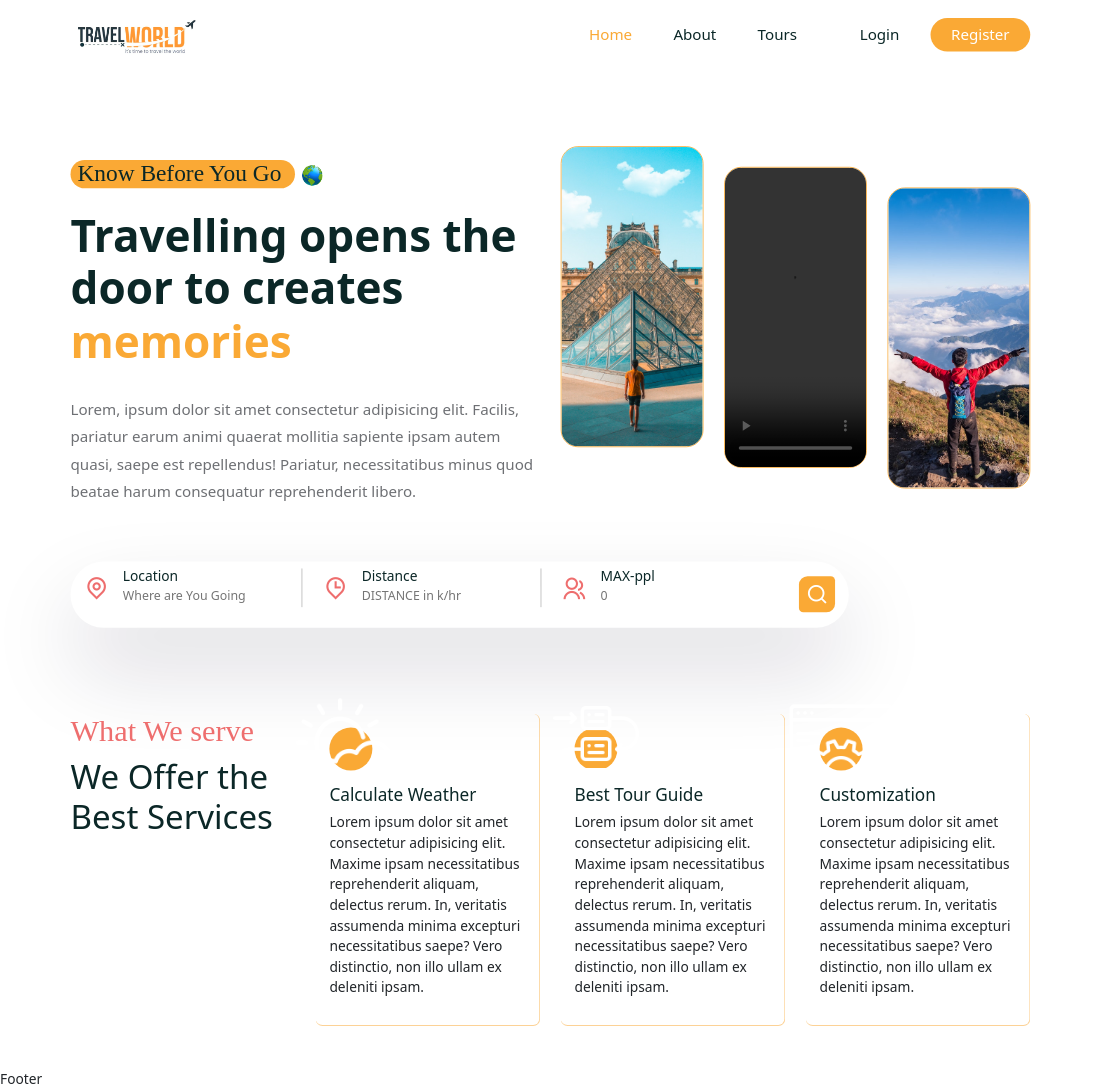
Repository: remydev47/travell-agency
Page: /
The author's editor kept a copy of each file at every save. The page is drawn from the files as they stood at one save, then again after the next save.
The browser window is 1280 px wide. The pictures show the whole page, at 86% of full size.
Pictures or frames that could not be fetched are drawn as grey boxes. Some web fonts or font styles are not loaded; a fallback is used. The project was rebuilt for these pictures with package versions that can differ from the ones it lists, and the page was loaded fresh each time. Also part of the build but not shown: vite.config.js, src/pages/Login.jsx, src/pages/TourDetails.jsx, src/pages/Tours.jsx, src/pages/SearchResultList.jsx, src/pages/Register.jsx. Imported but missing from the stored project, and not drawn on this page: src/assets/images/hero-video.mp4.

Above is the page before, as saved 2023-02-02 11:59:40.

### src/main.jsx
import React from 'react'
import ReactDOM from 'react-dom/client'
import App from './App'
import "bootstrap/dist/css/bootstrap.min.css";
import "remixicon/fonts/remixicon.css";
import "slick-carousel/slick/slick.css";
import "slick-carousel/slick/slick-theme.css";
import { BrowserRouter } from 'react-router-dom';

ReactDOM.createRoot(document.getElementById('root')).render(
  <React.StrictMode>
    <BrowserRouter>
      <App />
    </BrowserRouter>
  </React.StrictMode>,
)

### src/App.jsx
import { useState } from 'react'
import './App.css'
import Layout from './components/Layout/Layout'

function App() {
  return (
    <>
      <Layout />
    </>
  )
}

export default App

### src/components/Layout/Layout.jsx
import React from 'react';
import Header from '../Header/Header';
import Footer from '../Footer/Footer';
import Routers from '../../router/Routers';

const Layout = () => {
  return (
   <>
     <Header />
     <Routers />
     <Footer />
   </>
  )
}

export default Layout

### src/components/Header/Header.jsx
import React from 'react';
import { Container, Row, Button } from 'reactstrap';
import { NavLink, Link  } from 'react-router-dom';
import logo from "../../assets/images/logo.png";
import './header.css';

const nav__links=[
  {
    path:'/home',
    display: 'Home'
  },
  {
    path:'/about',
    display: 'About'
  },
  {
    path:'/tours',
    display: 'Tours'
  },
]

const Header = () => {
  return (
    <header className="header">
      <Container>
        <Row>
          <div className="nav__wrapper d-flex align-items-center
           justify-content-between ">
            {/* Logo start */}
            <div className="logo">
              <img src={logo} />
            </div>
            {/* Logo ends */}

            {/* menu starts */}
            <div className="navigation">
              <ul className="menu d-flex align-items-center gap-5">
                {nav__links.map((item, index) => (
                  <li className="nav__item" key={index}>
                    <NavLink
                     to={item.path}
                     className={navClass=> navClass.isActive ? 'active__link' : ''}
                     >
                      {item.display}
                    </NavLink>
                  </li>
                ))}
              </ul>
            </div>
            {/* menu ends */}

            <div className="nav__right d-flex align-items-center gap-4">
              <div className="nav__btns d-flex align-items-center gap-4">
                <Button className='btn secondary__btn '>
                  <Link to="/login">Login</Link>
                </Button>

                <Button className='btn primary__btn '>
                  <Link to="/register">Register</Link>
                </Button>
              </div>
            </div>

          </div>
        </Row>
      </Container>
    </header>
  )
}

export default Header

### src/router/Routers.js
import React from 'react';
import { Routes, Route, Navigate } from 'react-router-dom';

import { SearchResultList, Tours, TourDetails, Login, Register, Home } from '../pages';

const Routers = () => {
  return (
    <Routes>
        <Route path="/" element={<Navigate to='/home' />} />
        <Route path="/home" element={<Home />} />
        <Route path="/tours" element={<Tours />} />
        <Route path="/tours:id" element={<TourDetails />} />
        <Route path="/login" element={<Login />} />
        <Route path="/register" element={<Register />} />
        <Route path="/tours/search" element={<SearchResultList />} />
    </Routes>
  )
}

export default Routers

### src/components/Header/header.css
.header{
    width: 100%;
    height: 80px;
    line-height: 80px;
}

.logo img{
    width: 30%;
}

.menu{
    margin-bottom: 0;
}

.nav__item a{
    text-decoration: none;
    color: var(--heading-color);
    font-weight: 500;
    font-size: 1.1rem;
}

.nav__item a:hover{
    color: inherit;
}

.nav__item a.active__link{
    color: var(--secondary-color);
}

.mobile__menu{
    font-size: 1.3rem;
    color: var(--heading-color);
    display: none;
}

.stick__header{
    width: 100%;
    height: 80px;
    line-height: 80px;
    background: #fff;
    position: sticky;
    top: 0;
    left: 0;
    box-shadow: 3ps 3px 8px #ddd;
    z-index: 999;
}

### src/pages/index.js
import Home from "./Home"
import Login from "./Login";
import TourDetails from "./TourDetails";
import Tours from "./Tours";
import SearchResultList from "./SearchResultList";
import Register from "./Register";

export {
    Home, Tours, TourDetails, Login, SearchResultList, Register
}

### src/pages/Home.jsx
import React from 'react';
import '../styles/home.css';
import  { Container, Row, Col } from 'reactstrap';
import heroImg from '../assets/images/hero-img01.jpg';
import heroImg02 from '../assets/images/hero-img02.jpg';
import heroVideo from '../assets/images/hero-video.mp4';
import worldImg from '../assets/images/world.png'
import Subtitle from '../shared/Subtitle';
import SearchBar from '../shared/SearchBar';
import ServiceList from '../services/ServiceList';

const Home = () => {
  return (
    <>
     <section>
      <Container>
        <Row>
          <Col lg="6">
            <div className='hero__content'>
              <div className="hero__subtitle d-flex align-items-center">
                <Subtitle subtitle={'Know Before You Go'}/>
                <img src={worldImg} alt=''/>
              </div>
              <h1>Travelling opens the door to creates <span className="highlight">memories</span> </h1>
              <p className="">Lorem, ipsum dolor sit amet consectetur adipisicing elit. Facilis, pariatur earum animi quaerat mollitia sapiente ipsam autem quasi, saepe est repellendus! Pariatur, necessitatibus minus quod beatae harum consequatur reprehenderit libero.</p>
            </div>
          </Col>

          <Col lg='2'>
            <div className="hero__img-box">
              <img src={heroImg} alt=''/>
            </div>
          </Col>

          <Col lg='2'>
            <div className="hero__img-box mt-4">
              <video src={heroVideo} alt='' controls/>
            </div>
          </Col>

          <Col lg='2'>
            <div className="hero__img-box mt-5">
              <img src={heroImg02} alt=''/>
            </div>
          </Col>

          <SearchBar />
        </Row>
      </Container>
     </section>
     <section>
      <Container>
        <Row>
          <Col lg="3">
            <h5 className="services__subtitle">What We serve</h5>
            <h2 className='services__title'>We Offer the Best Services</h2>
          </Col>
          <ServiceList />
        </Row>
      </Container>

     </section>
    </>
  )
}

export default Home

### src/styles/home.css
.hero__subtitle img{
    width: 2.5rem;
    height: 2.5rem;
}

.hero__content h1{
    font-size: 3.2rem;
    font-weight: 600;
    margin-top: 1rem;
    margin-bottom: 2rem;
    color: var(--heading-color);
}

.hero__content h1 .highlight{
    color: var(--secondary-color);
}

.hero__content p{
    font-size: 1.1rem;
    color: var(--text-color);
    line-height: 2rem;
}

.hero__img-box img,
.hero__img-box video {
    width: 100%;
    height: 350px;
    border-radius: 20px;
    border: 1px solid var(--secondary-color);
    object-fit: cover;
}

.hero__content{
    padding-top: 3.5rem;
}

.hero__img-box{
    padding-top: 2.5rem;
}

.services__subtitle{
    font-size: 2.2rem;
    font-weight: 500;
    color: #ee6e6e;
    font-family: var(--subtitle-font-name);
}

.services__title{
    font-size: 2.4rem;
    font-weight: 500;
}

### src/shared/Subtitle.jsx
import React from 'react'

const Subtitle = ({ subtitle }) => {
  return (
    <h3 className='section__subtitle'>{subtitle}</h3>
  )
}

export default Subtitle

### src/shared/SearchBar.jsx
import React, { useRef } from 'react'
import './search-bar.css'
import { Col, Form, FormGroup } from 'reactstrap'

const SearchBar = () => {
    const locationRef = useRef('');
    const distanceRef = useRef(0);
    const maxGroupSizeRef = useRef(0);

    const searchHandler = () =>{
        const location = locationRef.current.value
        const distance = distanceRef.current.value
        const maxGroupSize = maxGroupSizeRef.current.value

        if (location === "" || distance === "" || maxGroupSize === "") {
            return alert('All fields are required')
        }
    }


  return (
    <Col lg='12'>
        <div className="search__bar">
            <Form className='d-flex align-items-center gap-4'>
                <FormGroup className='d-flex gap-3 form__group form__group-fast'>
                    <span><i class="ri-map-pin-line"></i></span>
                    <div>
                        <h6>Location</h6>
                        <input type="text" placeholder="Where are You Going" ref={locationRef}/>
                    </div>
                </FormGroup>

                <FormGroup className='d-flex gap-3 form__group form__group-fast'>
                    <span><i class="ri-map-pin-time-line"></i></span>
                    <div>
                        <h6>Distance</h6>
                        <input type="number" placeholder="DISTANCE in k/hr" ref={distanceRef}/>
                    </div>
                </FormGroup>

                <FormGroup className='d-flex gap-3 form__group form__group-last'>
                    <span><i class="ri-group-line"></i></span>
                    <div>
                        <h6>MAX-ppl</h6>
                        <input type="number" placeholder="0" ref={maxGroupSizeRef}/>
                    </div>
                </FormGroup>

                <span className="search__icon" type="submit" onClick={searchHandler}>
                    <i class='ri-search-line'></i>
                </span>
            </Form>
        </div>
    </Col>
  )
}

export default SearchBar

### src/services/ServiceList.jsx
import React from 'react'
import ServiceCard from './ServiceCard';
import { Col } from 'reactstrap';

import weatherImg from '../assets/images/weather.png'
import guideImg from '../assets/images/guide.png';
import customizationImg from '../assets/images/customization.png';

const servicesData = [
    {
        imgUrl: weatherImg,
        title: "Calculate Weather",
        desc: "Lorem ipsum dolor sit amet consectetur adipisicing elit. Maxime ipsam necessitatibus reprehenderit aliquam, delectus rerum. In, veritatis assumenda minima excepturi necessitatibus saepe? Vero distinctio, non illo ullam ex deleniti ipsam."
    },
    {
        imgUrl: guideImg,
        title: "Best Tour Guide",
        desc: "Lorem ipsum dolor sit amet consectetur adipisicing elit. Maxime ipsam necessitatibus reprehenderit aliquam, delectus rerum. In, veritatis assumenda minima excepturi necessitatibus saepe? Vero distinctio, non illo ullam ex deleniti ipsam."
    },
    {
        imgUrl: customizationImg,
        title: "Customization",
        desc: "Lorem ipsum dolor sit amet consectetur adipisicing elit. Maxime ipsam necessitatibus reprehenderit aliquam, delectus rerum. In, veritatis assumenda minima excepturi necessitatibus saepe? Vero distinctio, non illo ullam ex deleniti ipsam."
    },
]

const ServiceList = () => {
  return (
    <>
     {servicesData.map((item, index) => (
        <Col className='' lg='3' key={index} >
         <ServiceCard item={item}/>
        </Col>
     ))}
    </>
  )
}

export default ServiceList

### src/shared/search-bar.css
.search__bar{
    padding: 0.5rem 1rem;
    border-radius: 50px;
    box-shadow: rgba(17, 12, 46, 0.15) 0px 48px 100px 0px;
    width: max-content;
    margin-top: 50px;
}

.form__group span{
    font-size: 1.8rem;
    color:#ee6e6e ;
}

.form__group input {
    border: none;
    font-size: 0.9rem;
    color: var(--heading-color);
}

.form__group input:focus{
    outline: none;
}

.form__group h6{
    margin-bottom: 0;
}

.form__group-fast{
    border-right: 2px solid #ddd;
}

.search__icon i{
    font-size: 1.6rem;
    padding: 0.5rem;
    background: var(--secondary-color);
    color: #fff;
    border-radius: 10px 5px  10px 5px;
    cursor: pointer;
}

### src/services/ServiceCard.jsx
import React from 'react'
import './service-card.css'

const ServiceCard = ({ item }) => {
    const { imgUrl, title, desc } = item

  return (
    <div className='service__item'>
        <div className='service__img'>
            <img src={imgUrl} alt="" />
        </div>
        <h5>{title}</h5>
        <p>{desc}</p>
    </div>
  )
}

export default ServiceCard

### src/services/service-card.css
.service__item{
    padding: 1rem;
    border-bottom: 1px solid #faa83586;
    border-right: 1px solid #faa83586;
    border-radius: 0.5rem;
}

.service__img{
    width: 50px;
    height: 50px;
    display: flex;
    align-items: center;
    justify-content: center;
    border-radius: 50px;
    background: var(--secondary-color);
    padding: 0.5rem;
    margin-bottom: 1rem;
}

Loaded but not shown: index.html (common file); src/App.css (common file); src/components/Footer/Footer.jsx (common file)

After the next save:
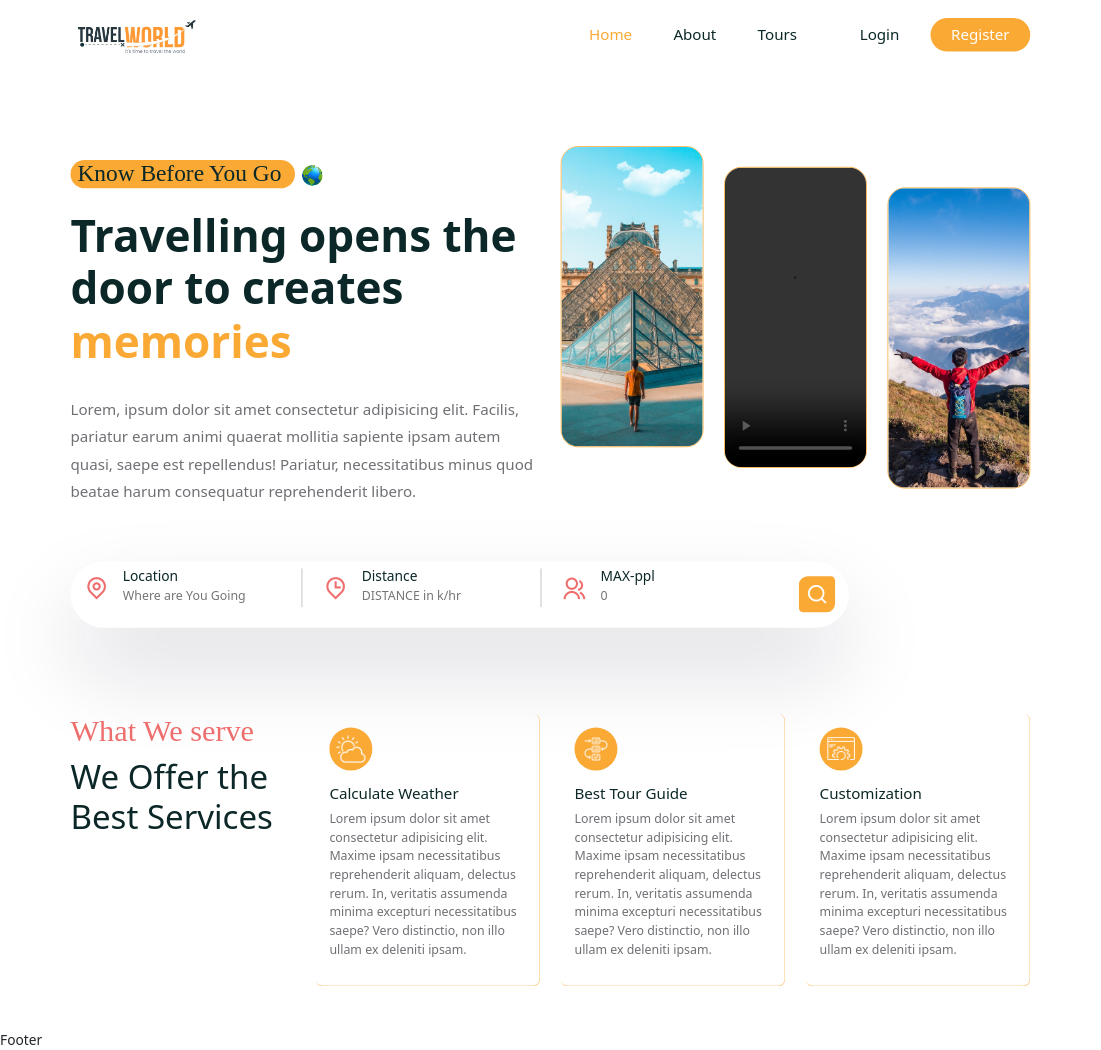
Saved 3 min 9 s later.
--- a/src/services/service-card.css
+++ b/src/services/service-card.css
@@ -15,4 +15,19 @@
     background: var(--secondary-color);
     padding: 0.5rem;
     margin-bottom: 1rem;
+    line-height: 50px;
 }
+
+.service__img img{
+    width: 100%;
+}
+
+.service__item h5{
+    font-size: 1.1rem;
+    font-weight: 500;
+}
+
+.service__item p{
+    font-size: 0.9rem;
+    color: var(--text-color);
+}
